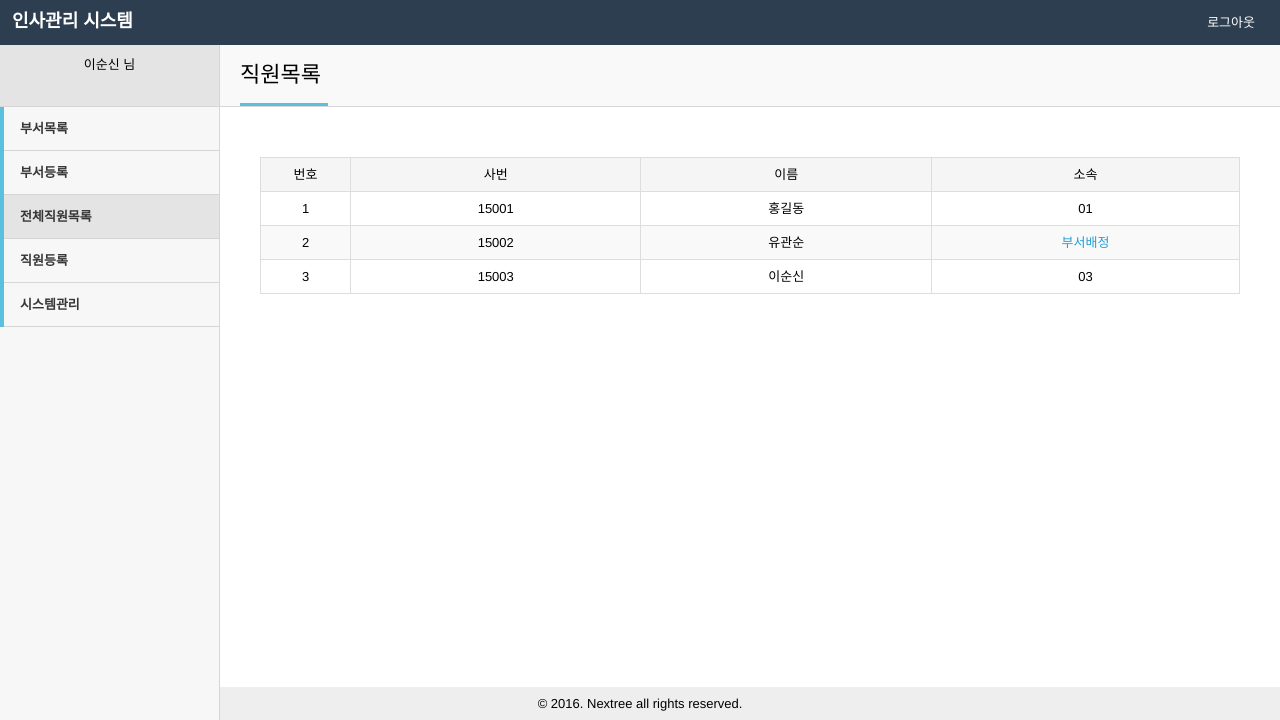
Repository: brotherdoor/shiba
Page: http://localhost/HumanResource_templete/views/employeeList.jsp
The author's editor kept a copy of each file at every save. The page is drawn from the files as they stood at one save, then again after the next save.
The browser window is 1280 px wide. The pictures show the whole page.
The page is served by Tomcat 9. Other server files are loaded and not shown.

Above is the page before, as saved 2017-02-27 08:10:10.

### jsp/HumanResource_templete/WebContent/views/employeeList.jsp
<%@ page language="java" contentType="text/html; charset=UTF-8"
    pageEncoding="UTF-8"%>
<%@ taglib prefix="c" uri="http://java.sun.com/jsp/jstl/core" %>
<!DOCTYPE html>
<c:set var="ctx">${pageContext.request.contextPath }</c:set>
<html>
<head>
    <meta charset="UTF-8">
    <title>직원목록</title>
    <link rel="stylesheet" href="style/css/reset.css">
    <link rel="stylesheet" href="style/css/style.css">
</head>
<body>
<header>
    <h1>
        <a href="deptList.html">인사관리 시스템</a>
    </h1>
    <ul class="login-info">
        <li class="logout-btn"><a href="#">로그아웃</a></li>
    </ul>
</header>
<nav>
    <ul>
        <li class="user-info">
            이순신 님
        </li>
        <li>
            <a href="deptList.html">부서목록</a>
        </li>
        <li>
            <a href="deptCreate.html">부서등록</a>
        </li>
        <li class="on">
            <a href="employeeList.html">전체직원목록</a>
        </li>
        <li>
            <a href="employeeCreate.html">직원등록</a>
        </li>
        <li>
            <a href="#">시스템관리</a>
        </li>
    </ul>
</nav>
<div class="contents-wrap">
    <h2 class="page-title">직원목록</h2>
    <div class="contents">
        <table border="1">
            <colgroup>
                <col width="90">
                <col width="*">
                <col width="*">
                <col width="*">
            </colgroup>
            <thead>
            <tr>
                <th>번호</th>
                <th>사번</th>
                <th>이름</th>
                <th>소속</th>
            </tr>
            </thead>
            <tbody>
            <tr>
                <td>1</td>
                <td>15001</td>
                <td>홍길동</td>
                <td>01</td>
            </tr>
            <tr>
                <td>2</td>
                <td>15002</td>
                <td>유관순</td>
                <td><a href="#">부서배정</a></td>
            </tr>
            <tr>
                <td>3</td>
                <td>15003</td>
                <td>이순신</td>
                <td>03</td>
            </tr>
            </tbody>
        </table>
    </div>
</div>
<footer>
    <p>    &#169; 2016. Nextree all rights reserved.</p>
</footer>
</body>
</html>

### jsp/HumanResource_templete/WebContent/style/css/reset.css
/* public reset */

html,
body,
div,
span,
applet,
object,
iframe,
h1,
h2,
h3,
h4,
h5,
h6,
p,
blockquote,
pre,
a,
abbr,
acronym,
address,
big,
cite,
code,
del,
dfn,
em,
img,
ins,
kbd,
q,
s,
samp,
small,
strike,
strong,
sub,
sup,
tt,
var,
b,
u,
i,
center,
dl,
dt,
dd,
ol,
ul,
li,
fieldset,
form,
label,
legend,
table,
caption,
tbody,
tfoot,
thead,
tr,
th,
td,
article,
aside,
canvas,
details,
embed,
figure,
figcaption,
footer,
header,
menu,
nav,
output,
ruby,
section,
summary,
time,
mark,
audio,
video {
    margin: 0;
    padding: 0;
    border: 0;
    font-size: 100%;
    font: inherit;
    vertical-align: baseline;
}

/* HTML5 display-role reset for older browsers */
article,
aside,
details,
figcaption,
figure,
footer,
header,
menu,
nav,
section {
    display: block;
}

body {
    font-family: "Malgun gothic",dotum,"Helvetica Neue",Helvetica,sans-serif,arial;
    line-height: 1;
    font-size:13px;
}

ol,
ul {
    list-style: none;
}

blockquote,
q {
    quotes: none;
}

blockquote:before,
blockquote:after,
q:before,
q:after {
    content: '';
    content: none;
}

table {
    border-collapse: collapse;
    border-spacing: 0;
}

.clearFix:after {
    content: "";
    display: block;
    width: 0;
    height: 0;
    clear: both;
}

.hidden {
    width: 0;
    height: 0;
    overflow: hidden;
    font-size: 0;
}

.blind {
    display: none !important;
}

.inline {
    display: inline !important;
}

.block {
    display: block !important;
}

.left {
    text-align: left;
}

.right {
    text-align: right;
}

.center {
    text-align: center;
}


ins {
    text-decoration: none;
}

del {
    text-decoration: line-through;
}

.blind,
table caption,
legend {
    width: 1px;
    height: 1px;
    overflow: hidden;
    position: absolute;
    top: 0;
    font-size: 0;
    line-height: 0;
}

.left,
.l {
    text-align: left !important;;
}

.right,
.r {
    text-align: right !important;;
}

.center,
.c {
    text-align: center !important;
}

*,
*:after,
*:before {
    -webkit-box-sizing: border-box;
    -moz-box-sizing: border-box;
    box-sizing: border-box;
}
a {
    color: #249dd5;
    text-decoration: none;
}

a:hover {
    color: #000;
}

### jsp/HumanResource_templete/WebContent/style/css/style.css
body {
    font-family: "Malgun gothic", dotum, "Helvetica Neue", Helvetica, sans-serif, arial;
}

header {
    width: 100%;
    height: 45px;
    background: #2c3e50;
    position: fixed;
    top: 0;
    left: 0;
    z-index: 999;
    /*overflow: hidden;*/
}

header h1 a {
    font-size: 18px;
    font-weight: bold;
    color: #fff;
    padding: 12px;
    float: left;
}

header h1 a:hover {
    color: #fff;
}

.login-info {
    float: right;
    line-height: 45px;
    padding: 0 10px;
}

.logout-btn {
    font-size: 13px;
}

.logout-btn:hover {
    color: #fff;
    font-weight: bold;
    background: #232c37;
}

.logout-btn a:hover {
    color: #fff;
    text-decoration: underline;
}

.logout-btn a {
    color: #fff;
    display: block;
    padding: 0 15px;
}

nav {
    width: 220px;
    height: 100%;
    position: fixed;
    background: #f7f7f7;
    border-right: 1px solid #d6d6d6;
    padding: 0;
    z-index: 99;
}

nav li {
    position: relative;
    border-bottom: 1px solid #d6d6d6;
}

nav li a {
    display: block;
    padding: 15px 20px;
    font-size: 13px;
    font-weight: bold;
    color: #363636;
}

nav li a:hover {
    background: #f0f0f0;
}

nav li a:before {
    content: '';
    display: block;
    width: 4px;
    height: 44px;
    position: absolute;
    left: 0;
    top: 0;
    background: #5bc0de;
}

.on {
    background: #e4e4e4;
}

.user-info {
    padding: 14px;
    text-align: center;
    vertical-align: middle;
    display: block;
    background: #e4e4e4;
    height: 63px;
    overflow: hidden;
}

.user-info:before {
    display: inline-block;
    vertical-align: middle;
    text-align: center;
    width: 38px;
    height: 38px;
    padding: 11px 10px 10px 10px;
    color: #fff;
    border-radius: 20px;
    border: 1px solid #ddd;
    background: #2c244f; /* Old browsers */
    background: -moz-linear-gradient(top, #2c244f 0%, #77034f 100%); /* FF3.6-15 */
    background: -webkit-linear-gradient(top, #2c244f 0%, #77034f 100%); /* Chrome10-25,Safari5.1-6 */
    background: linear-gradient(to bottom, #2c244f 0%, #77034f 100%); /* W3C, IE10+, FF16+, Chrome26+, Opera12+, Safari7+ */
    filter: progid:DXImageTransform.Microsoft.gradient(startColorstr='#2c244f', endColorstr='#77034f', GradientType=0); /* IE6-9 */

}

.contents-wrap {
    position: relative;
    margin: 44px 0 0 220px;
    min-width: 1040px;
}

h2.page-title {
    font-size: 22px;
    padding: 20px;
    position: relative;
    background: #f9f9f9;
    border-bottom: 1px solid #d6d6d6;
}

h2.page-title:after {
    content: "";
    width: 88px;
    height: 3px;
    background: #5bc0de;
    display: block;
    position: absolute;
    bottom: 0;
}

.contents {
    padding: 30px 40px;
}

table {
    width: 100%;
    border: 1px solid #dddddd;
    margin-bottom: 15px;
}

table tr th {
    background: #f5f5f6;
    padding: 10px 20px;
    text-align: center;
    border-right: 1px solid #ddd;
    border-bottom: 1px solid #ddd;
}

table tr td {
    padding: 10px;
    border-right: 1px solid #ddd;
    border-bottom: 1px solid #ddd;
    text-align: center;
}

table tr:nth-child(odd) {
    background: #fff;
}

table tr:nth-child(even) {
    background: #f9f9f9;
}

.delete a {
    padding: 5px 10px;
    border-radius: 5px;
    background: #fa8678;
    color: #fff;
    font-size: 11px;
}

.delete a:hover {
    background: #d9534f;
}

select {
    height: 25px;
}

form {
    width: 100%;
    border: 1px solid #dddddd;
    padding: 20px 25px;
}

.contents-wrap form {
    border-radius: 5px;
    background: #f8f8f8;
}

.alignRight {
    text-align: right;
}

input:focus {
    background: #FFDFB0;
}

input[type="text"], input[type="password"] {
    width: 400px;
    border: 1px solid #d1d1d1;
    border-radius: 3px;
    padding: 5px;
}

form div {
    margin-bottom: 10px;
    text-align: center;
}

input[type="reset"] {
    border-radius: 5px;
    background: #fff;
    border: 1px solid #cbcdcf;
    padding: 4px 15px 6px 15px;
    color: #333;
    cursor: pointer;
}

input[type="reset"]:hover {
    background: #f8f8f8;
}

input[type="submit"] {
    border-radius: 5px;
    background: #a6b4bb;
    border: none;
    padding: 4px 15px 6px 15px;
    color: #fff;
    cursor: pointer;
}

input[type="submit"]:hover {
    background: #99a6ad;
}

button {
    border-radius: 5px;
    background: #3498db;
    border: none;
    padding: 4px 15px 6px 15px;
    color: #fff;
    cursor: pointer;
}

button:hover {
    background: #0f72b4;
}

.info-box {
    border: 1px solid #ddd;
    background: #ececec;
    padding: 15px 20px;
    text-align: center;
    margin-bottom: 20px;
    border-radius: 5px;
    font-size: 16px;
    line-height: 1.3em;
}

footer {
    width: 100%;
    position: absolute;
    bottom: 0;
    left: 0;
    background: #eeeeee;
    text-align: center;
    padding: 10px 0;
}

/*  login*/

.login-wrap {
    width: 400px;
    background: #f5f5f5;
    margin: 280px auto;
    border: 1px solid #ddd;
    border-radius: 5px;
    box-shadow: 0 0 5px #e8e8e8;

}

.login-wrap h3 {
    font-weight: bold;
    font-size: 18px;
    text-align: center;
    padding: 15px 0;
    background: #2c3e50;
    color: #fff;
    border-bottom: 2px solid #3498db;
    border-radius: 5px 5px 0 0;
}

.login-title {
    font-weight: bold;
    font-size: 18px;
    padding: 20px 0;
    background: #2b3643;
    color: #fff;
}

.login-wrap form {
    border: none;
}

.login-wrap label {
    width: 100%;
    display: inline-block;
    padding: 10px 0;
    font-weight: bold;

}

.login-wrap input[type="text"], .login-wrap input[type="password"] {
    display: block;
    width: 100%;
}

.login-wrap input[type="password"] {
    margin-bottom: 20px;
}

.login-btn {
    margin: 0 auto;
}

.login-wrap input[type="submit"] {
    padding: 8px 15px;
    background: #3498db;
    color: #fff;
}

.login-wrap input[type="reset"] {
    padding: 8px 15px;
}

.login-wrap input[type="submit"]:hover {
    background: #0f72b4;
    font-weight: bold;
}

/* error */

.error-wrap {
    width: 550px;
    margin: 120px auto;
    background: #fbfbfb;
    position: relative;
    box-shadow: 0px 0px 5px #e8e8e8;
    border: 1px solid #ddd;
    border-radius: 5px;
    overflow: hidden;
}

.error-wrap h2 {
    display: block;
    background: #fff;
}

.error-wrap h2:after {
    content: "";
    display: inline-block;
    width: 100%;
    height: 2px;
    background: #3498db;
}

.error-wrap h2 img {
    padding: 10px 0 0 10px;
}

.img_notice {
    display: block;
    overflow: hidden;
    background: url(http://icon.daumcdn.net/error/img_error.gif) no-repeat 0 -50px;
    font-size: 0;
    line-height: 0;
    vertical-align: top;
    width: 88px;
    height: 88px;
    margin: 30px auto;
}

.desc_error {
    text-align: left;
    width: 300px;
    margin: 15px auto;
    font-size: 13px;
    line-height: 1.3em;
    font-weight: normal;
}

.contents {
    padding-top: 50px;
    display: block;
}

.error-title {
    font-weight: normal;
    font-size: 18px;
    text-align: center;
    position: relative;
}

.notice_error {
    text-align: center;
    padding: 15px 0;
    font-size: 15px;
    font-weight: bold;
}

.screen_out {
    display: inline-block;
    padding: 8px 15px;
    background: #337ab7;
    border-radius: 5px;
    margin: 70px 0;
    font-weight: bold;
    cursor: pointer;
}

.screen_out:hover {
    background: #22537b;
}

.screen_out a {
    color: #fff;
}

### jsp/HumanResource_templete/WebContent/views/header.jspf
<%@ page language="java" contentType="text/html; charset=UTF-8"
    pageEncoding="UTF-8"%>
<%@ taglib prefix="c" uri="http://java.sun.com/jsp/jstl/core" %>
<h1>
        <a href="deptList.html">인사관리 시스템</a>
    </h1>
    <ul class="login-info">
        <li class="logout-btn"><a href="${ctx }/logout.do">로그아웃</a></li>
    </ul>

### jsp/HumanResource_templete/WebContent/views/sideMenu.jspf
<%@ page language="java" contentType="text/html; charset=UTF-8"
    pageEncoding="UTF-8"%>
<%@ taglib prefix="c" uri="http://java.sun.com/jsp/jstl/core" %>
<ul>
        <li class="user-info">
            ${sessionScope.loginId } 님
        </li>
        <li>
            <a href="${ctx }/dept/list.do">부서목록</a>
        </li>
        <li>
            <a href="${ctx }/views/deptCreate.jsp">부서등록</a>
        </li>
        <li>
            <a href="${ctx }/employee/list.do">전체직원목록</a>
        </li>
        <li>
            <a href="#">직원등록</a>
        </li>
        <c:if test="${sessionScope.loginId eq 'admin' }">
        <li>
            <a href="#">시스템관리</a>
        </li>
        </c:if>
    </ul>

After the next save:
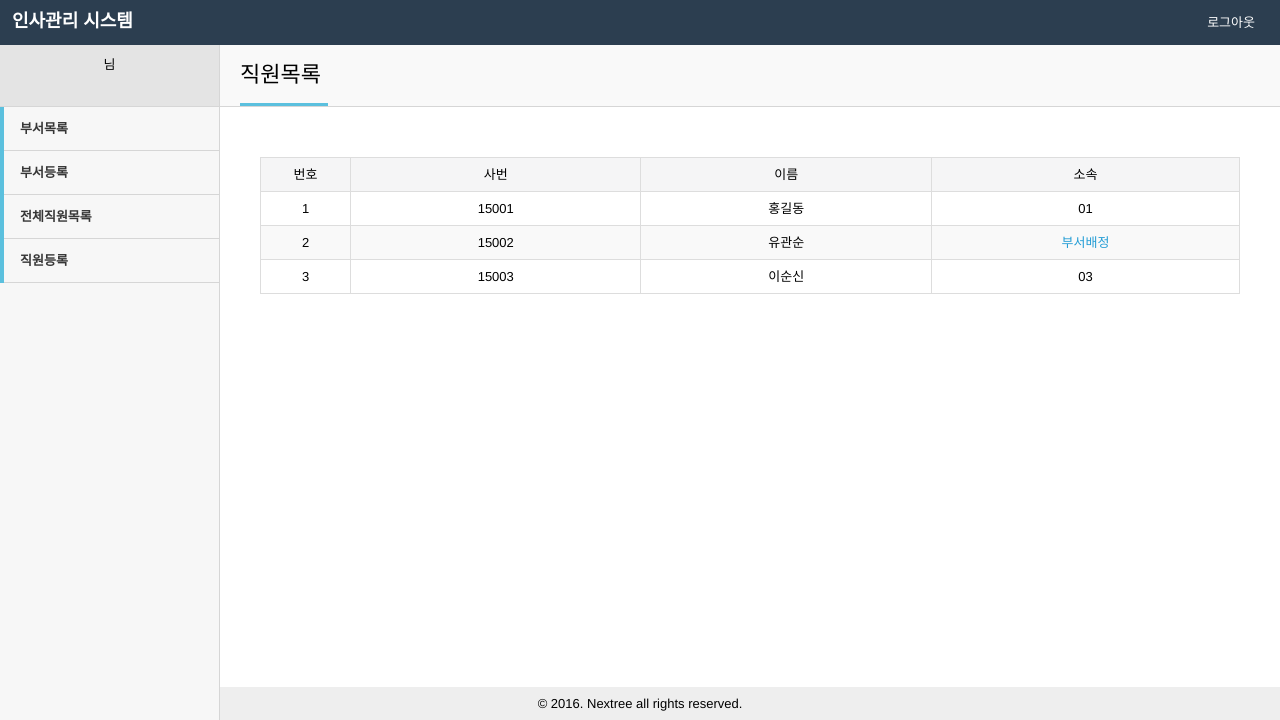
Saved 46 s later.
--- a/jsp/HumanResource_templete/WebContent/views/employeeList.jsp
+++ b/jsp/HumanResource_templete/WebContent/views/employeeList.jsp
@@ -12,34 +12,10 @@
 </head>
 <body>
 <header>
-    <h1>
-        <a href="deptList.html">인사관리 시스템</a>
-    </h1>
-    <ul class="login-info">
-        <li class="logout-btn"><a href="#">로그아웃</a></li>
-    </ul>
+    <%@ include file="header.jspf" %>
 </header>
 <nav>
-    <ul>
-        <li class="user-info">
-            이순신 님
-        </li>
-        <li>
-            <a href="deptList.html">부서목록</a>
-        </li>
-        <li>
-            <a href="deptCreate.html">부서등록</a>
-        </li>
-        <li class="on">
-            <a href="employeeList.html">전체직원목록</a>
-        </li>
-        <li>
-            <a href="employeeCreate.html">직원등록</a>
-        </li>
-        <li>
-            <a href="#">시스템관리</a>
-        </li>
-    </ul>
+    <%@ include file="sideMenu.jspf" %>
 </nav>
 <div class="contents-wrap">
     <h2 class="page-title">직원목록</h2>
